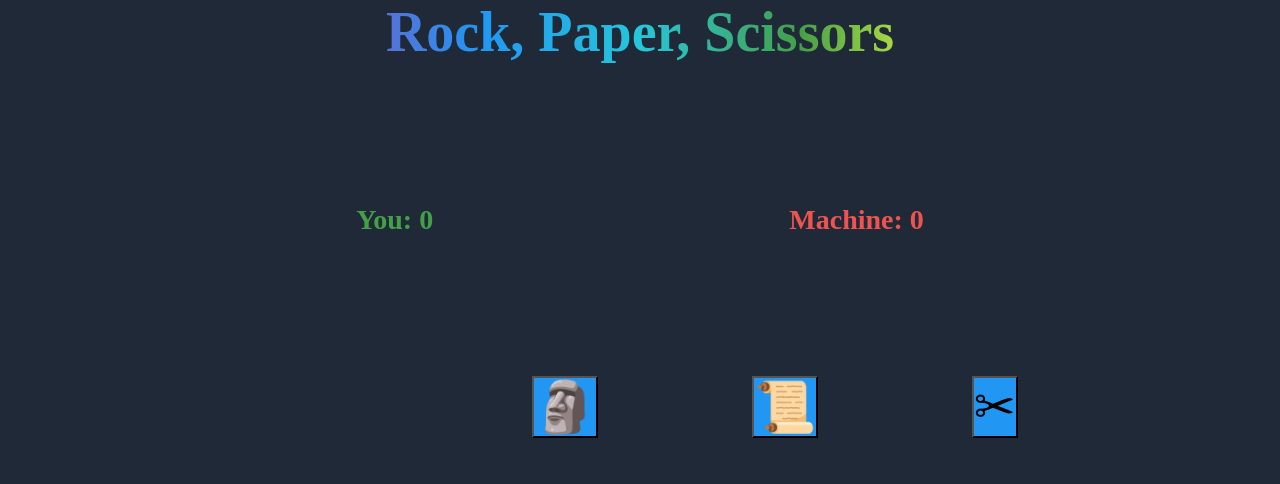
Repository: dung8466/RPS
Page: index.html
These files come from the project's save history. The page is drawn as it stood at one moment and after the next save; the edit follows.
The browser window is 1280 px wide. The pictures show the whole page.
The pointer rests on the first visible `.selection`.

Above is the page before, as saved 2022-07-01 21:26:59.

After the next save:
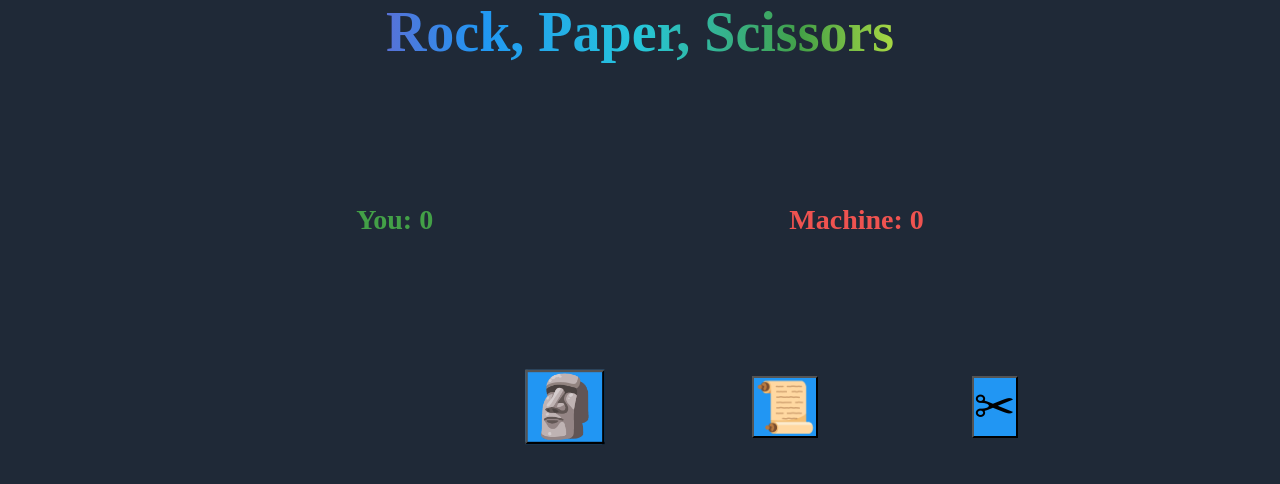
Saved 33 s later.
--- a/style.css
+++ b/style.css
@@ -49,3 +49,6 @@
     cursor: pointer;
     transition: 100ms;
 }
+.selection:hover {
+    transform: scale(1.2);
+  }
